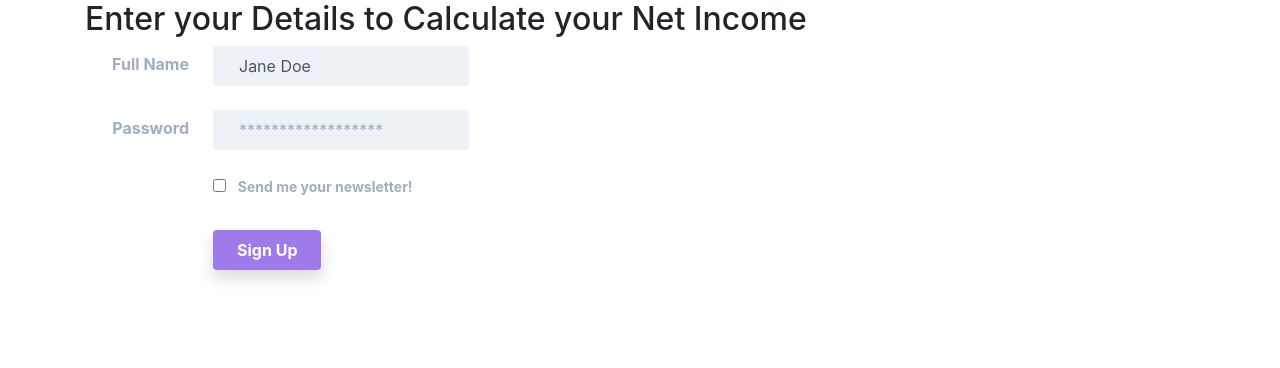
Repository: latenightsnacc/Financial-Forecast
Page: financial-forecast.html
The author's editor kept a copy of each file at every save. The page is drawn from the files as they stood at one save, then again after the next save.
The browser window is 1280 px wide. The pictures show the whole page.

Above is the page before, as saved 2020-11-15 11:00:06.

### financial-forecast.html
<!DOCTYPE html>
<html lang="en">
<head>
    <meta charset="UTF-8">
    <meta name="viewport" content="width=device-width, initial-scale=1.0">
    <!--Tailwind CDN-->
    <link rel="stylesheet" href="https://cdnjs.cloudflare.com/ajax/libs/tailwindcss/1.9.6/base.min.css" integrity="sha512-hEjkvMSM0ql6VJcNK0gTmjt9ar8F2yHeBUbJKtyvQhkkbGMhiJ4+MaiB8XxsthLAHJx5vy2I9dN0un8HiWG2LA==" crossorigin="anonymous" />
    <link rel="stylesheet" href="https://cdnjs.cloudflare.com/ajax/libs/tailwindcss/1.9.6/components.min.css" integrity="sha512-TizAONqhvXjEfRPhptSUkZNVU497PzAnXNGNUoeOjeni4dHpJ+ak+ZsyoGna20LH/yg1PvdufN1VbnVQeVDftg==" crossorigin="anonymous" />
    <link rel="stylesheet" href="https://cdnjs.cloudflare.com/ajax/libs/tailwindcss/1.9.6/tailwind.css" integrity="sha512-HY1FOTeAX9idUBWDhVDrBg8QUHBisKVQ4BCVj1jFo5z76mk87w4Rr5YGP8nBkcGmoMzqYvdeXHMOg/olF45z3g==" crossorigin="anonymous" />
    <link rel="stylesheet" href="https://cdnjs.cloudflare.com/ajax/libs/tailwindcss/1.9.6/utilities.min.css" integrity="sha512-0QJfuLKyYJWGB5hKArJW67xqMLDlR8YaLM/ZuW2mRn4NRwHNsGm7UuREc5Fu7jONHyewPKnGODY0N8G+FQbfxg==" crossorigin="anonymous" />
    <!--Bootstrap CDN-->
    <link rel="stylesheet" href="https://cdn.jsdelivr.net/npm/bootstrap@4.5.3/dist/css/bootstrap.min.css" integrity="sha384-TX8t27EcRE3e/ihU7zmQxVncDAy5uIKz4rEkgIXeMed4M0jlfIDPvg6uqKI2xXr2" crossorigin="anonymous">
    <title>Financial Forecast |Resaads Consults - Think Millenial</title>
</head>
<body>
    <div class="container">
        <!--Navigation-->
    </div>
    <div class="wrapper">
        <div class="container">
            <h2 class="title">Enter your Details to Calculate your Net Income</h2>
        </div>
        <div class="container">
            <form class="w-full max-w-sm">
                <div class="md:flex md:items-center mb-6">
                  <div class="md:w-1/3">
                    <label class="block text-gray-500 font-bold md:text-right mb-1 md:mb-0 pr-4" for="inline-full-name">
                      Full Name
                    </label>
                  </div>
                  <div class="md:w-2/3">
                    <input class="bg-gray-200 appearance-none border-2 border-gray-200 rounded w-full py-2 px-4 text-gray-700 leading-tight focus:outline-none focus:bg-white focus:border-purple-500" id="inline-full-name" type="text" value="Jane Doe">
                  </div>
                </div>
                <div class="md:flex md:items-center mb-6">
                  <div class="md:w-1/3">
                    <label class="block text-gray-500 font-bold md:text-right mb-1 md:mb-0 pr-4" for="inline-password">
                      Password
                    </label>
                  </div>
                  <div class="md:w-2/3">
                    <input class="bg-gray-200 appearance-none border-2 border-gray-200 rounded w-full py-2 px-4 text-gray-700 leading-tight focus:outline-none focus:bg-white focus:border-purple-500" id="inline-password" type="password" placeholder="******************">
                  </div>
                </div>
                <div class="md:flex md:items-center mb-6">
                  <div class="md:w-1/3"></div>
                  <label class="md:w-2/3 block text-gray-500 font-bold">
                    <input class="mr-2 leading-tight" type="checkbox">
                    <span class="text-sm">
                      Send me your newsletter!
                    </span>
                  </label>
                </div>
                <div class="md:flex md:items-center">
                  <div class="md:w-1/3"></div>
                  <div class="md:w-2/3">
                    <button class="shadow bg-purple-500 hover:bg-purple-400 focus:shadow-outline focus:outline-none text-white font-bold py-2 px-4 rounded" type="button">
                      Sign Up
                    </button>
                  </div>
                </div>
              </form>
        </div>
    </div>
    <!--Bootstrap Scripts-->
    <script src="https://code.jquery.com/jquery-3.5.1.slim.min.js" integrity="sha384-DfXdz2htPH0lsSSs5nCTpuj/zy4C+OGpamoFVy38MVBnE+IbbVYUew+OrCXaRkfj" crossorigin="anonymous"></script>
    <script src="https://cdn.jsdelivr.net/npm/popper.js@1.16.1/dist/umd/popper.min.js" integrity="sha384-9/reFTGAW83EW2RDu2S0VKaIzap3H66lZH81PoYlFhbGU+6BZp6G7niu735Sk7lN" crossorigin="anonymous"></script>
    <script src="https://cdn.jsdelivr.net/npm/bootstrap@4.5.3/dist/js/bootstrap.min.js" integrity="sha384-w1Q4orYjBQndcko6MimVbzY0tgp4pWB4lZ7lr30WKz0vr/aWKhXdBNmNb5D92v7s" crossorigin="anonymous"></script>
</body>
</html>

After the next save:
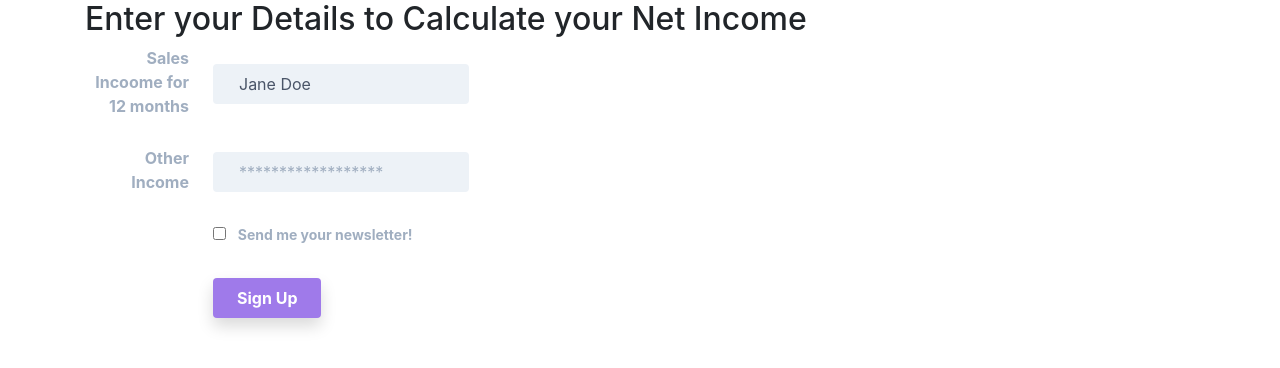
Saved 7 min 57 s later.
--- a/financial-forecast.html
+++ b/financial-forecast.html
@@ -25,7 +25,7 @@
                 <div class="md:flex md:items-center mb-6">
                   <div class="md:w-1/3">
                     <label class="block text-gray-500 font-bold md:text-right mb-1 md:mb-0 pr-4" for="inline-full-name">
-                      Full Name
+                      Sales Incoome for 12 months
                     </label>
                   </div>
                   <div class="md:w-2/3">
@@ -35,7 +35,7 @@
                 <div class="md:flex md:items-center mb-6">
                   <div class="md:w-1/3">
                     <label class="block text-gray-500 font-bold md:text-right mb-1 md:mb-0 pr-4" for="inline-password">
-                      Password
+                      Other Income
                     </label>
                   </div>
                   <div class="md:w-2/3">
